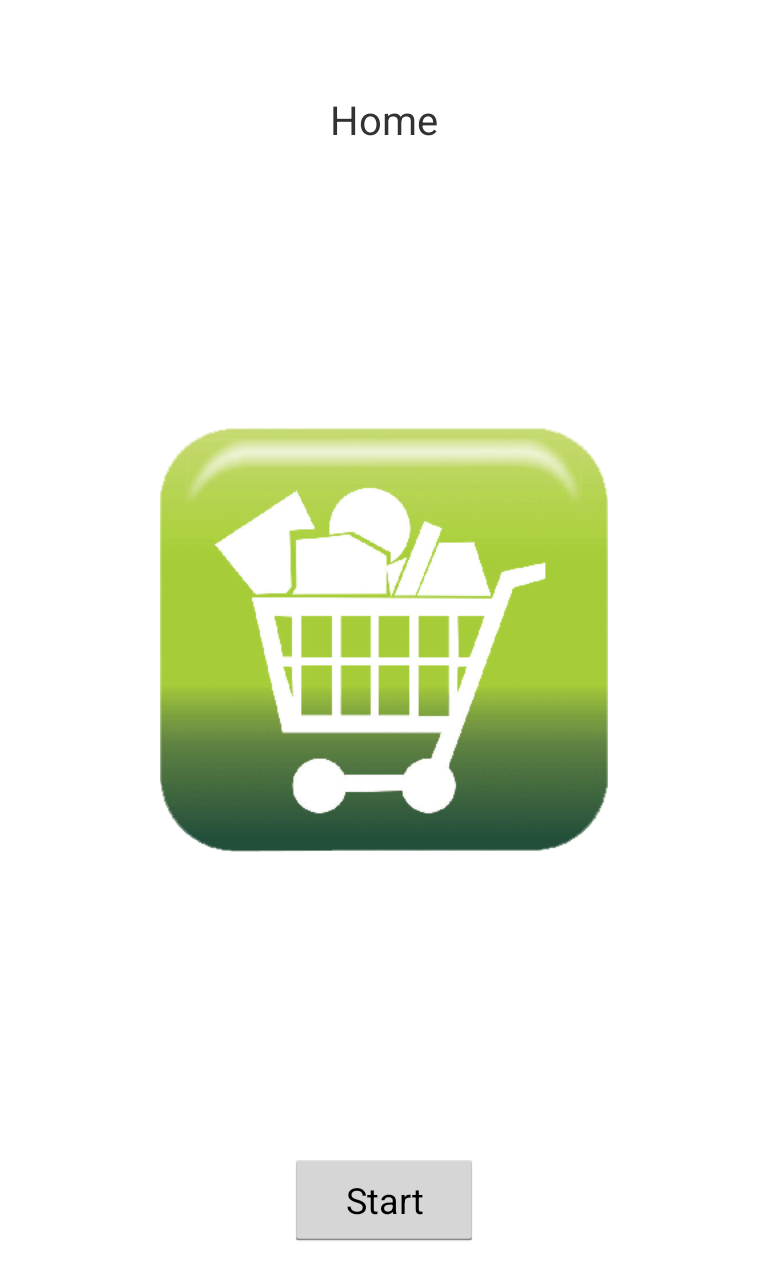
Repository: ailinm/Android
Layout: MyApp/res/layout/activity_main.xml
An editor plug-in stored every save of this project. The layout is shown before and after the next save, followed by the edit.
It is drawn on a 768 x 1280 px phone screen (xhdpi) without system bars, with theme AppTheme; the app's code is not run.

Above is the layout before, as saved 2014-07-02 07:34:22.

After the next save:
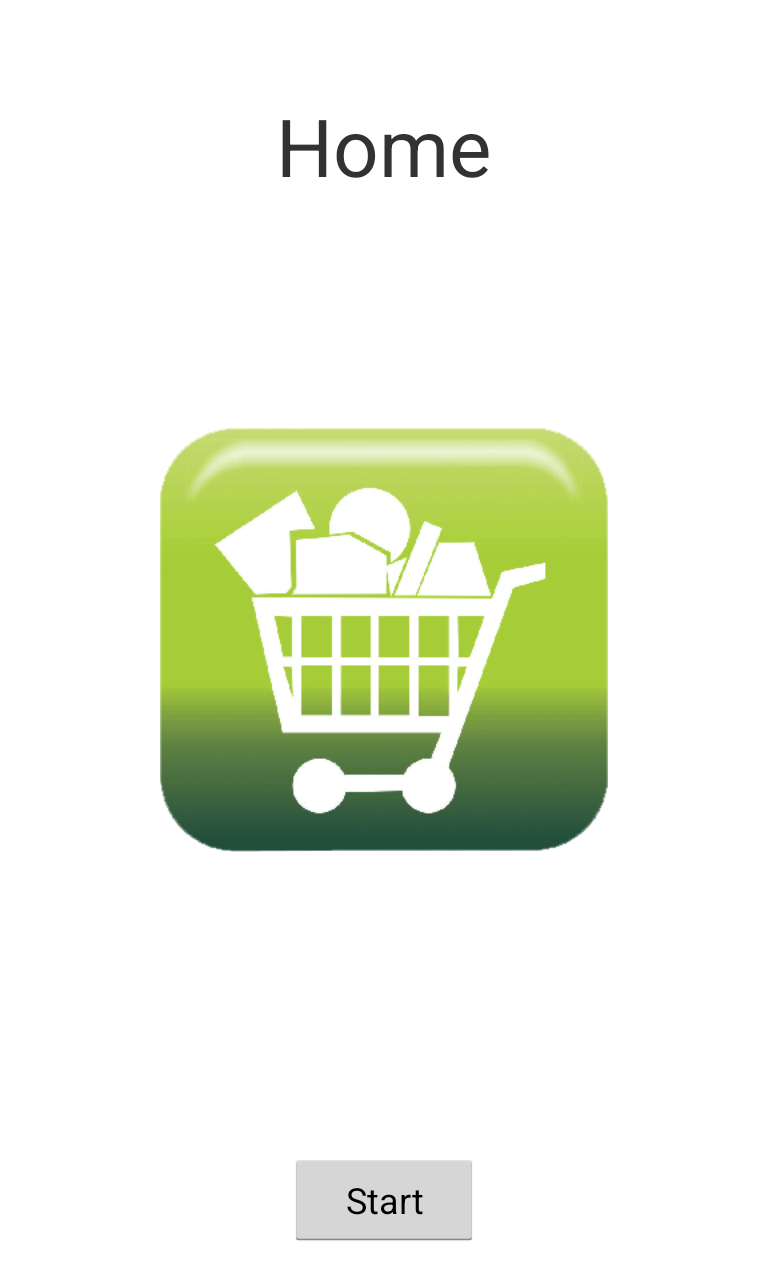
Saved 8 s later.
--- a/MyApp/res/layout/activity_main.xml
+++ b/MyApp/res/layout/activity_main.xml
@@ -12,7 +12,7 @@
     <TextView
         android:layout_marginTop="30dip"
         android:layout_alignParentTop="true"
-        android:textSize="20sp"
+        android:textSize="40sp"
         android:layout_width="wrap_content"
         android:layout_height="wrap_content"
         android:text="Home"
